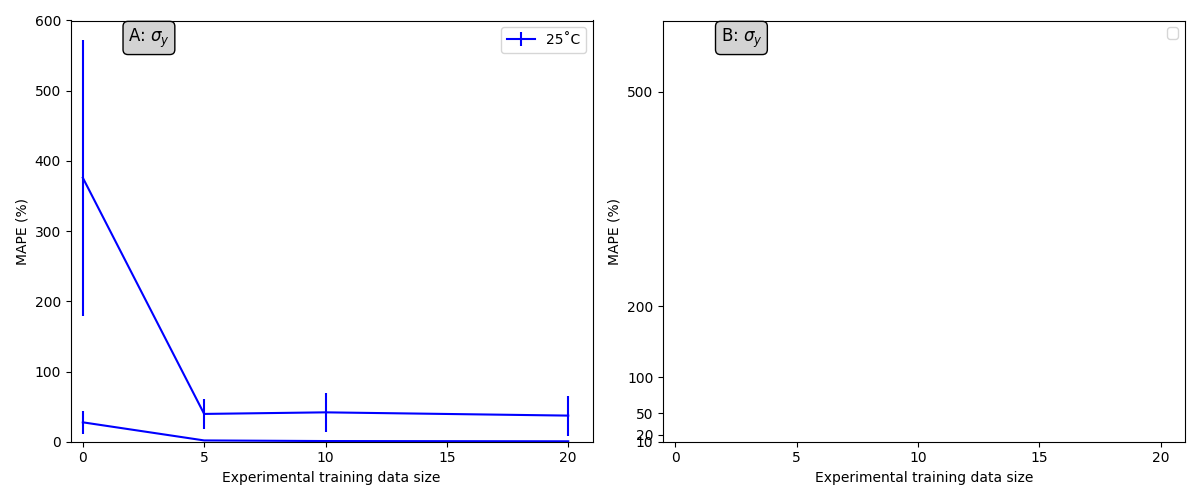
Repository: JoeSpencer1/NN_TiAlTa
Script's output: python src/figures.py
An editor plug-in stored every save of this project. The script's output is shown before and after the next save, followed by the edit.
Random numbers start from a fixed seed.

Above is the script's output before, as saved 2024-01-16 14:02:06.

After the next save:
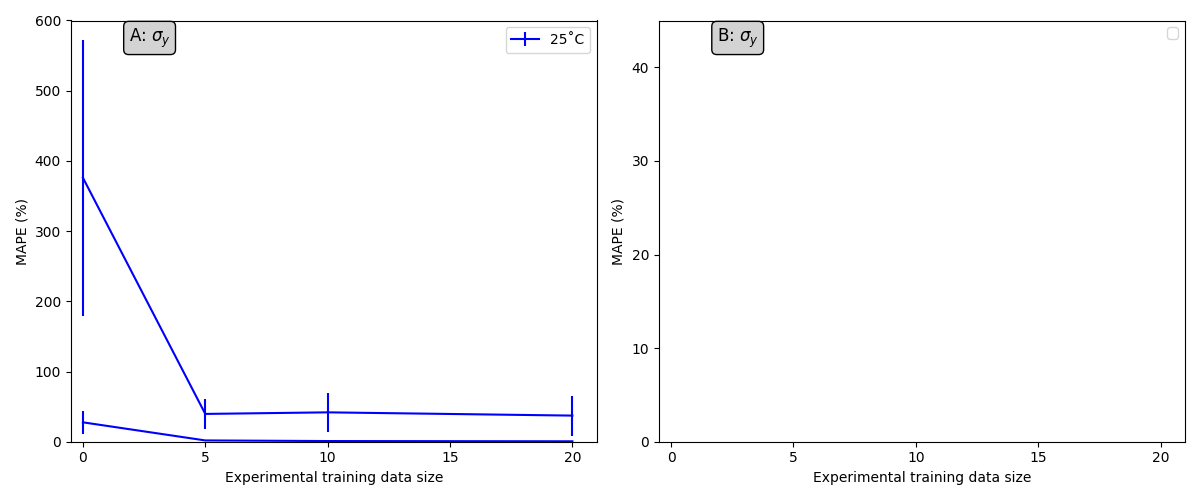
Saved 3 min 11 s later.
--- a/src/figures.py
+++ b/src/figures.py
@@ -285,11 +285,11 @@ ax1.annotate("A: $\sigma_{y}$", xy=(0.15, 0.95), xycoords="axes fraction",
 
 ax1.errorbar(n, threeE, yerr = εthreeE, color = 'blue', label = "25˚C")
 ax2.set_yscale('linear')
-ax2.set_ylim([10, 600])
+ax2.set_ylim([0, 45])
 ax2.set_xlim([-0.5, 21])
 ax2.set_xticks([0, 5, 10, 15, 20])
-ax2.set_yticks([10, 20, 50, 100, 200, 500])
-ax2.set_yticklabels([10, 20, 50, 100, 200, 500])
+ax2.set_yticks([0, 10, 20, 30, 40])
+ax2.set_yticklabels([0, 10, 20, 30, 40])
 ax2.legend()
 ax2.set_ylabel("MAPE (%)")
 ax2.set_xlabel("Experimental training data size")
